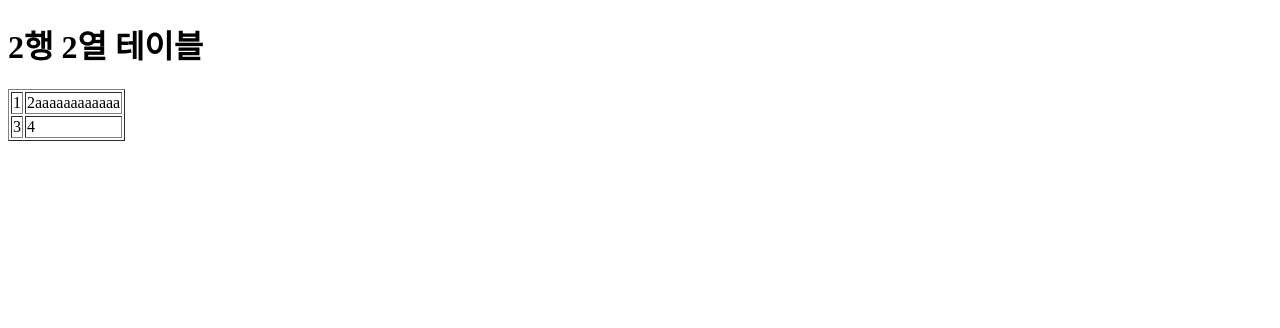
Repository: Chun0903/classStudy_github.io
Page: client/ClientTest/WebContent/ex13_table.html
An editor plug-in stored every save of this project. The page is shown before and after the next save, followed by the edit.
The browser window is 1280 px wide. The pictures show the whole page.

Above is the page before, as saved 2020-06-19 07:04:41.

After the next save:
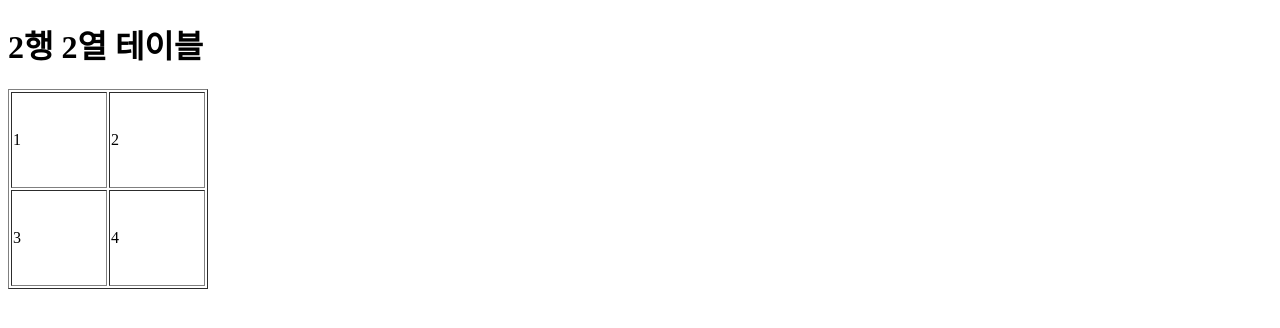
Saved 45 s later.
--- a/client/ClientTest/WebContent/ex13_table.html
+++ b/client/ClientTest/WebContent/ex13_table.html
@@ -26,10 +26,10 @@
 
 	<h1>2행 2열 테이블</h1>
 
-	<table border="1">
+	<table border="1" width="200" height="200">
 		<tr>
 			<td>1</td>
-			<td>2aaaaaaaaaaaa</td>
+			<td>2</td>
 		</tr>
 		<tr>
 			<td>3</td>
